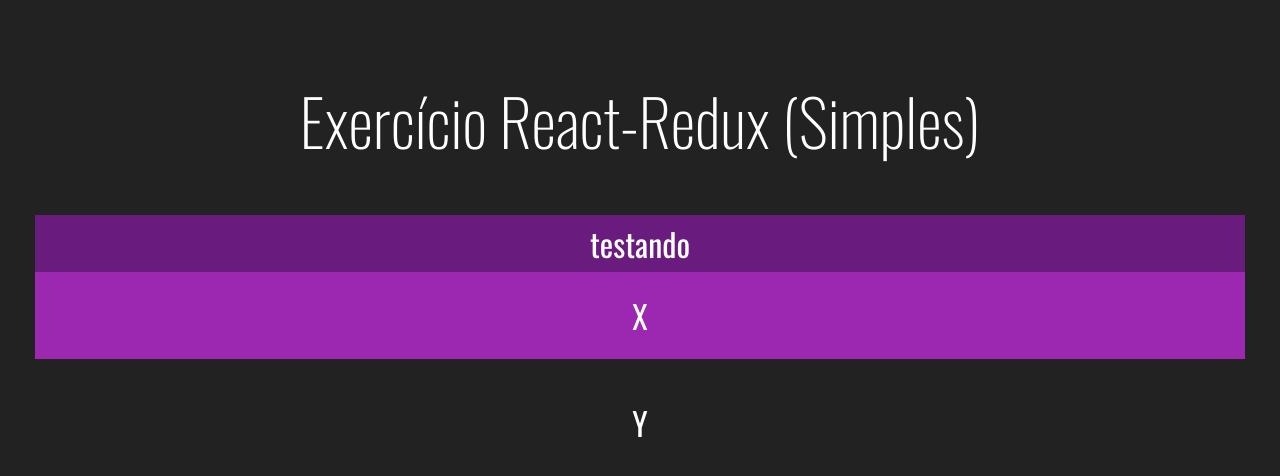
Repository: WellysonP/testando-react-redux
Page: /
These files come from the project's save history. The page is drawn as it stood at one moment and after the next save; the edit follows.
The browser window is 1280 px wide. The pictures show the whole page.
The project was rebuilt for these pictures with package versions that can differ from the ones it lists, and the page was loaded fresh each time.

Above is the page before, as saved 2023-01-12 17:44:17.

### public/index.html
<!DOCTYPE html>
<html lang="en">
  <head>
    <link rel="preconnect" href="https://fonts.googleapis.com">
<link rel="preconnect" href="https://fonts.gstatic.com" crossorigin>
<link href="https://fonts.googleapis.com/css2?family=Oswald:wght@200;300;400;500;600;700&display=swap" rel="stylesheet">
    <meta charset="utf-8" />
    <link rel="icon" href="%PUBLIC_URL%/favicon.ico" />
    <meta name="viewport" content="width=device-width, initial-scale=1" />
    <meta name="theme-color" content="#000000" />
    <meta
      name="description"
      content="Web site created using create-react-app"
    />
    <link rel="apple-touch-icon" href="%PUBLIC_URL%/logo192.png" />
    <!--
      manifest.json provides metadata used when your web app is installed on a
      user's mobile device or desktop. See https://developers.google.com/web/fundamentals/web-app-manifest/
    -->
    <link rel="manifest" href="%PUBLIC_URL%/manifest.json" />
    <!--
      Notice the use of %PUBLIC_URL% in the tags above.
      It will be replaced with the URL of the `public` folder during the build.
      Only files inside the `public` folder can be referenced from the HTML.

      Unlike "/favicon.ico" or "favicon.ico", "%PUBLIC_URL%/favicon.ico" will
      work correctly both with client-side routing and a non-root public URL.
      Learn how to configure a non-root public URL by running `npm run build`.
    -->
    <title>React App</title>
  </head>
  <body>
    <noscript>You need to enable JavaScript to run this app.</noscript>
    <div id="root"></div>
    <!--
      This HTML file is a template.
      If you open it directly in the browser, you will see an empty page.

      You can add webfonts, meta tags, or analytics to this file.
      The build step will place the bundled scripts into the <body> tag.

      To begin the development, run `npm start` or `yarn start`.
      To create a production bundle, use `npm run build` or `yarn build`.
    -->
  </body>
</html>

### src/index.css
body{
  background-color: #222;
  font-size: 2rem;
  font-family: Oswald;
  color: #fff;
  margin: 30px;
}

### src/App.js
import logo from './logo.svg';
import './App.css';
import Card from './components/Card';

function App() {
  return (
    <div className="App">
      <h1>Exercício React-Redux (Simples)</h1>
      <div className='linha'>
      <Card title="testando" purple>
        X
        </Card>
      </div>
      <div className='linha'>
      <Card>
        Y
        </Card>
      </div>
    </div>
  );
}

export default App;

### src/App.css
.App{
  display: flex;
  flex-direction: column;
  text-align: center;
}

h1{
  font-weight: 200;
}

.linha{
  display: flex;
}

### src/components/Card.jsx
import "./Card.css"

function getColor(props){
    if(props.red) return "Red"
    if(props.green) return "Green"
    if(props.blue) return "Blue"
    if(props.purple) return "Purple"
    return""
}

export default props => {
    return (
        <div className={`Card ${getColor(props)}`}>
            <div className="Header">
                <span className="Title">{props.title}</span>
            </div>
            <div className="Content">
                {props.children}
            </div>
        </div>
    )
}

### src/components/Card.css
.Card{
    flex: 1;
    display: flex;
    flex-direction: column;
    margin: 5px;
}

.Card .Header{
    display: flex;
    flex-direction: row;
    justify-content: center;
}

.Card .Header .Title{
    flex: 1;
    padding: 5px;
}

.Card .Content{
    padding: 20px;
}

.Card.Red .Header{ color: #fff; background-color: #c62828;}
.Card.Red .Content{ color: #fff; background-color: #f44336;}

.Card.Green .Header{ color: #fff; background-color: #2e7d32;}
.Card.Green .Content{ color: #fff; background-color: #4caf50;}

.Card.Blue .Header{ color: #fff; background-color: #1565c0;}
.Card.Blue .Content{ color: #fff; background-color: #2196f3;}

.Card.Purple .Header{ color: #fff; background-color: #6A1B7e;}
.Card.Purple .Content{ color: #fff; background-color: #9c27b0;}

Loaded but not shown: src/index.js (common file); src/reportWebVitals.js (common file)

After the next save:
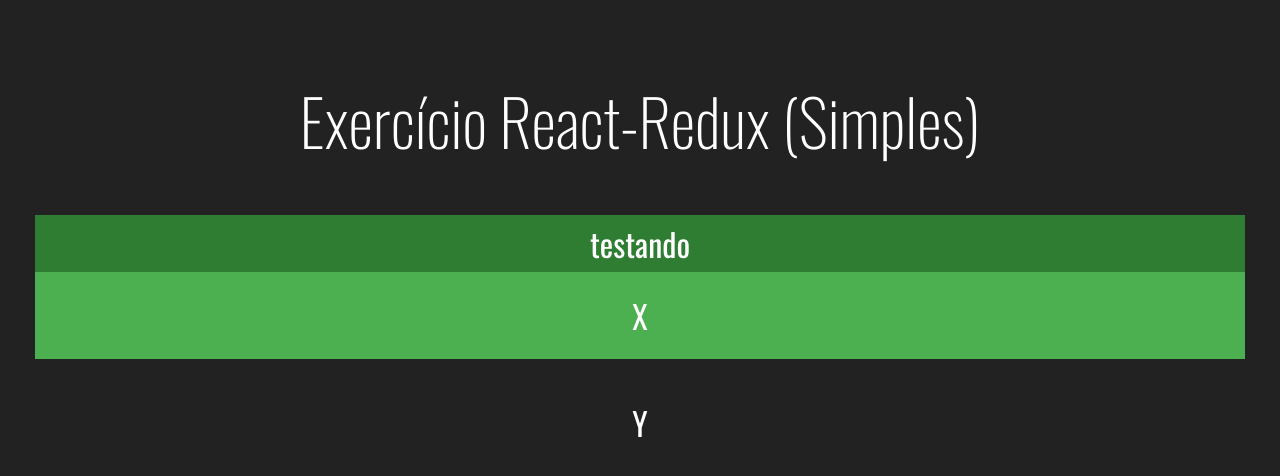
Saved 9 s later.
--- a/src/App.js
+++ b/src/App.js
@@ -7,7 +7,7 @@ function App() {
     <div className="App">
       <h1>Exercício React-Redux (Simples)</h1>
       <div className='linha'>
-      <Card title="testando" purple>
+      <Card title="testando" green>
         X
         </Card>
       </div>
